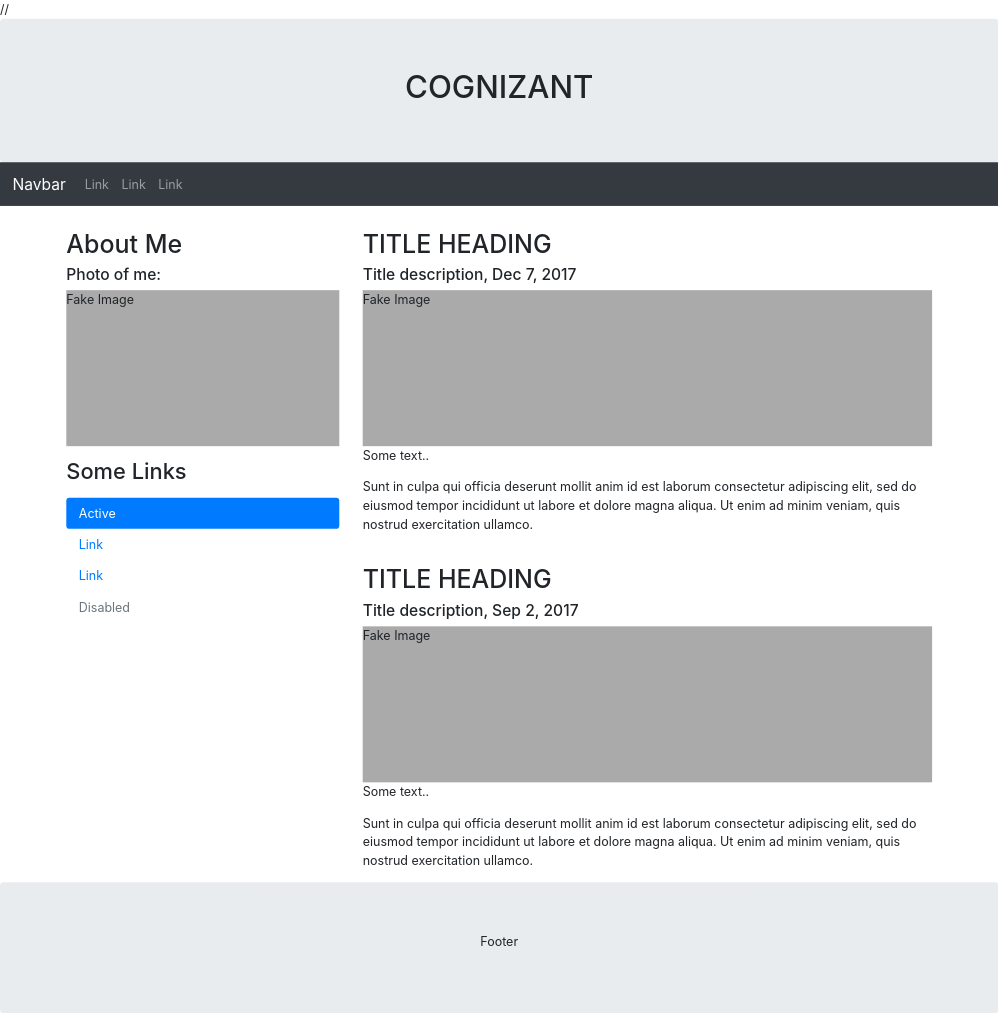
Repository: MVaishnavi27/cognizant
Page: BootstrapMain/WebContent/bootstrap/TemplateBS.html
These files come from the project's save history. The page is drawn as it stood at one moment and after the next save; the edit follows.
The browser window is 1280 px wide. The pictures show the whole page, at 78% of full size.

Above is the page before, as saved 2020-01-18 11:20:32.

After the next save:
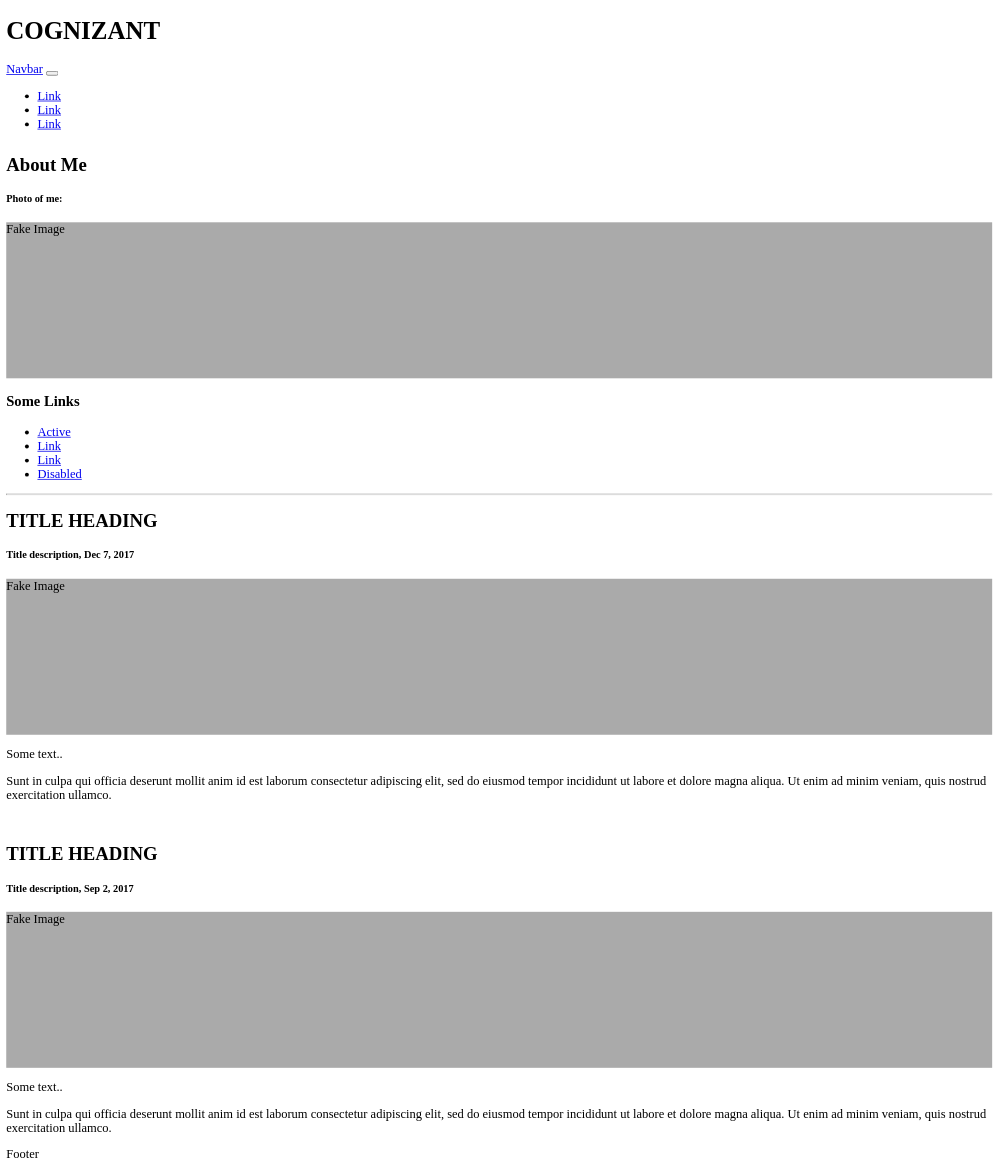
Saved 25 s later.
--- a/BootstrapMain/WebContent/bootstrap/TemplateBS.html
+++ b/BootstrapMain/WebContent/bootstrap/TemplateBS.html
@@ -4,7 +4,7 @@
   <title>Bootstrap 4 Website Example</title>
   <meta charset="utf-8">
   <meta name="viewport" content="width=device-width, initial-scale=1">
- // <link rel="stylesheet" href="https://maxcdn.bootstrapcdn.com/bootstrap/4.4.1/css/bootstrap.min.css">
+
   <script src="https://ajax.googleapis.com/ajax/libs/jquery/3.4.1/jquery.min.js"></script>
   <script src="https://cdnjs.cloudflare.com/ajax/libs/popper.js/1.16.0/umd/popper.min.js"></script>
   <script src="https://maxcdn.bootstrapcdn.com/bootstrap/4.4.1/js/bootstrap.min.js"></script>
